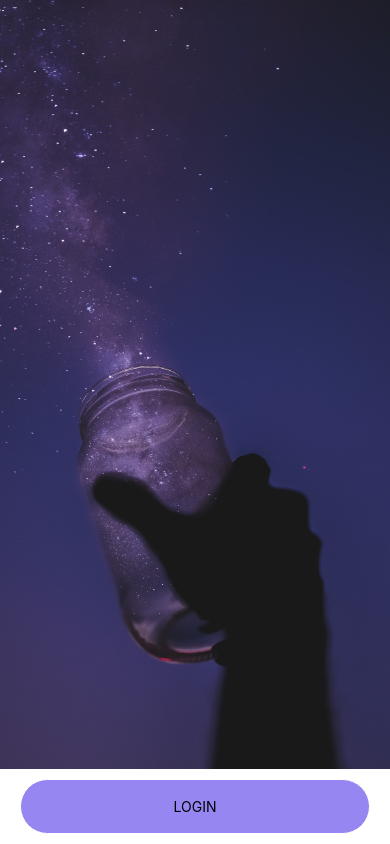
Repository: farrelmuhammad/project-react-native
Screen: /
The author's editor kept a copy of each file at every save. The screen is drawn from the files as they stood at one save, then again after the next save.
The app was drawn by React Native's web renderer in a window 390 px wide. The project was rebuilt for these pictures with package versions that can differ from the ones it lists, and the page was loaded fresh each time.

Above is the screen before, as saved 2023-01-09 11:54:31.

After the next save:
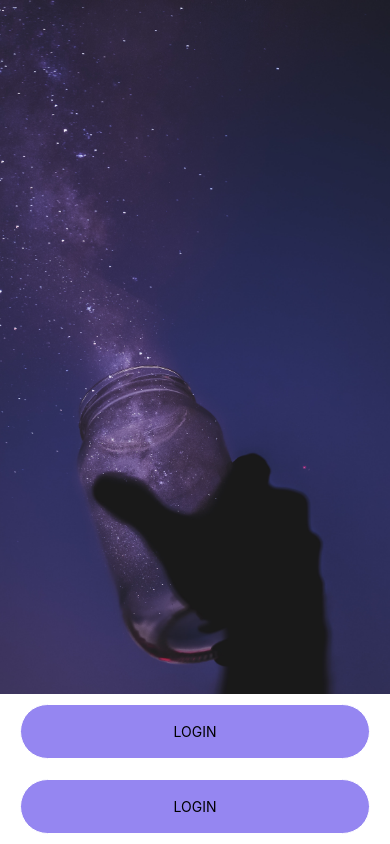
Saved 19 s later.
--- a/App.js
+++ b/App.js
@@ -19,6 +19,9 @@ export default function App() {
       <View style={styles.button}>
         <Text style={styles.buttonText}>LOGIN</Text>
       </View>
+      <View style={styles.button}>
+        <Text style={styles.buttonText}>LOGIN</Text>
+      </View>
     </View>
   );
 }
